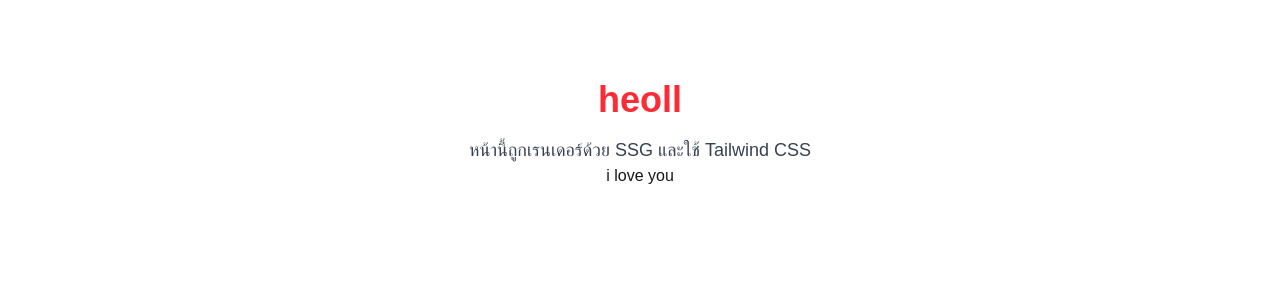
Repository: KongRucifer/SeaFood-Shop
Page: /
An editor plug-in stored every save of this project. The page is shown before and after the next save, followed by the edit.
The browser window is 1280 px wide. The pictures show the whole page.
The project was rebuilt for these pictures with package versions that can differ from the ones it lists, and the page was loaded fresh each time. The framework's server and built-in components were replaced by stand-ins that run in the browser. Also part of the build but not shown: next.config.ts.

Above is the page before, as saved 2025-06-24 19:00:16.

After the next save:
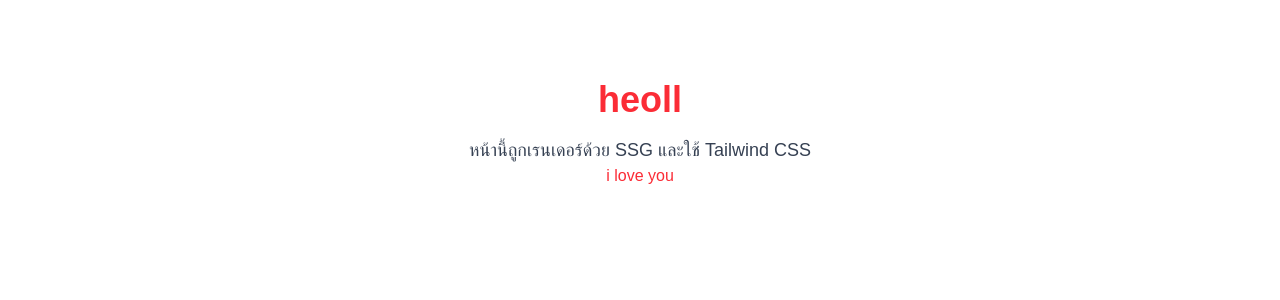
Saved 4 s later.
--- a/src/app/views/Home.tsx
+++ b/src/app/views/Home.tsx
@@ -3,7 +3,7 @@ export default function Home() {
 <div className="max-w-xl mx-auto mt-20 text-center">
       <h1 className="text-4xl font-bold mb-4 text-red-500">heoll</h1>
       <p className="text-lg text-gray-700">หน้านี้ถูกเรนเดอร์ด้วย SSG และใช้ Tailwind CSS</p>
-      <div className="text-red">i love you </div>
+      <div className="text-red-500">i love you </div>
     </div>
   );
 }
